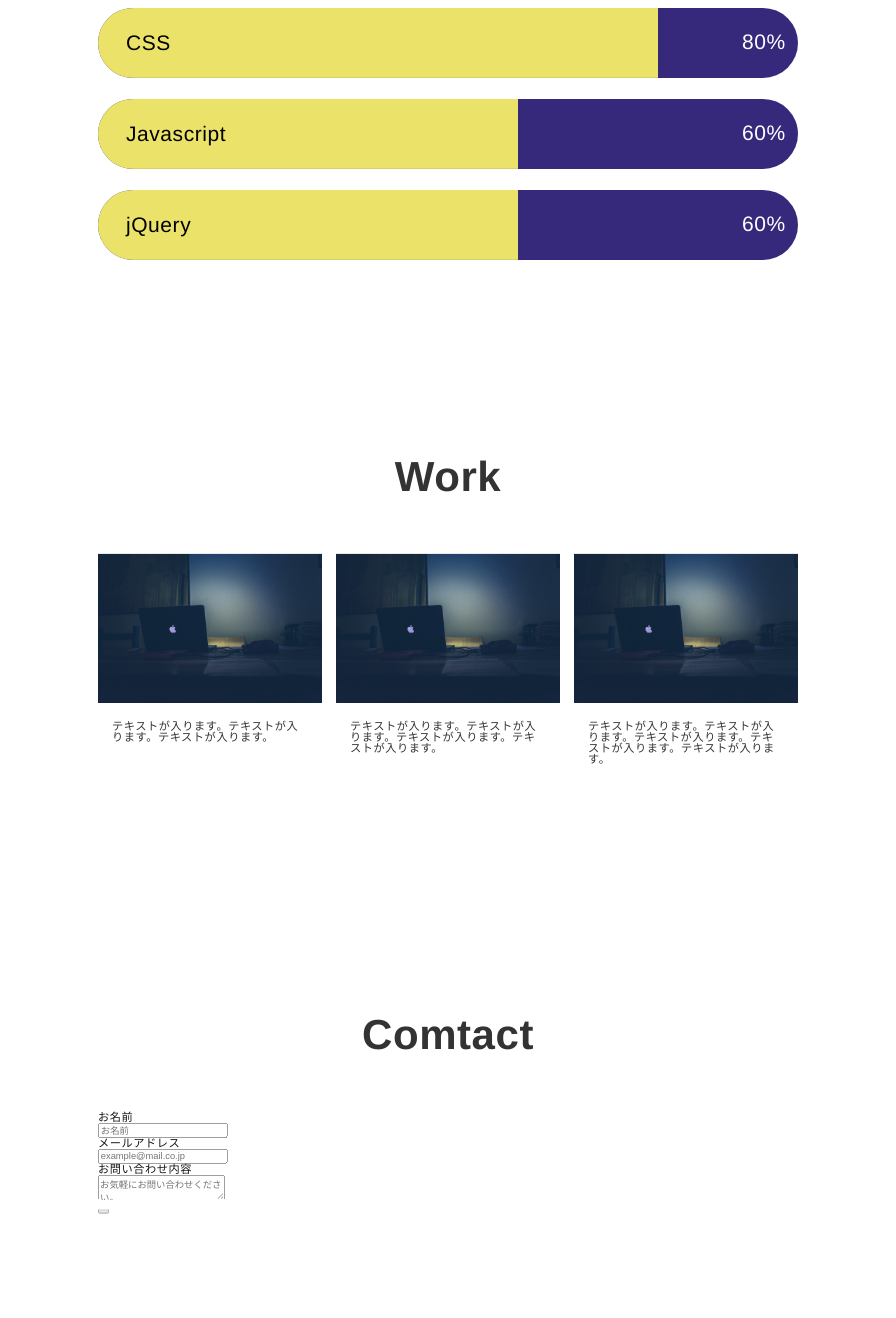
Repository: sadayuki15/portfolio
Page: index.html
The author's editor kept a copy of each file at every save. The page is drawn from the files as they stood at one save, then again after the next save.
The browser window is 1280 px wide. The pictures show the part of the page from y = 1996 to 3916 px (the page is 3879 px tall before and 3916 px after), at 70% of full size.

Above is the page before, as saved 2021-04-22 21:34:27.

After the next save:
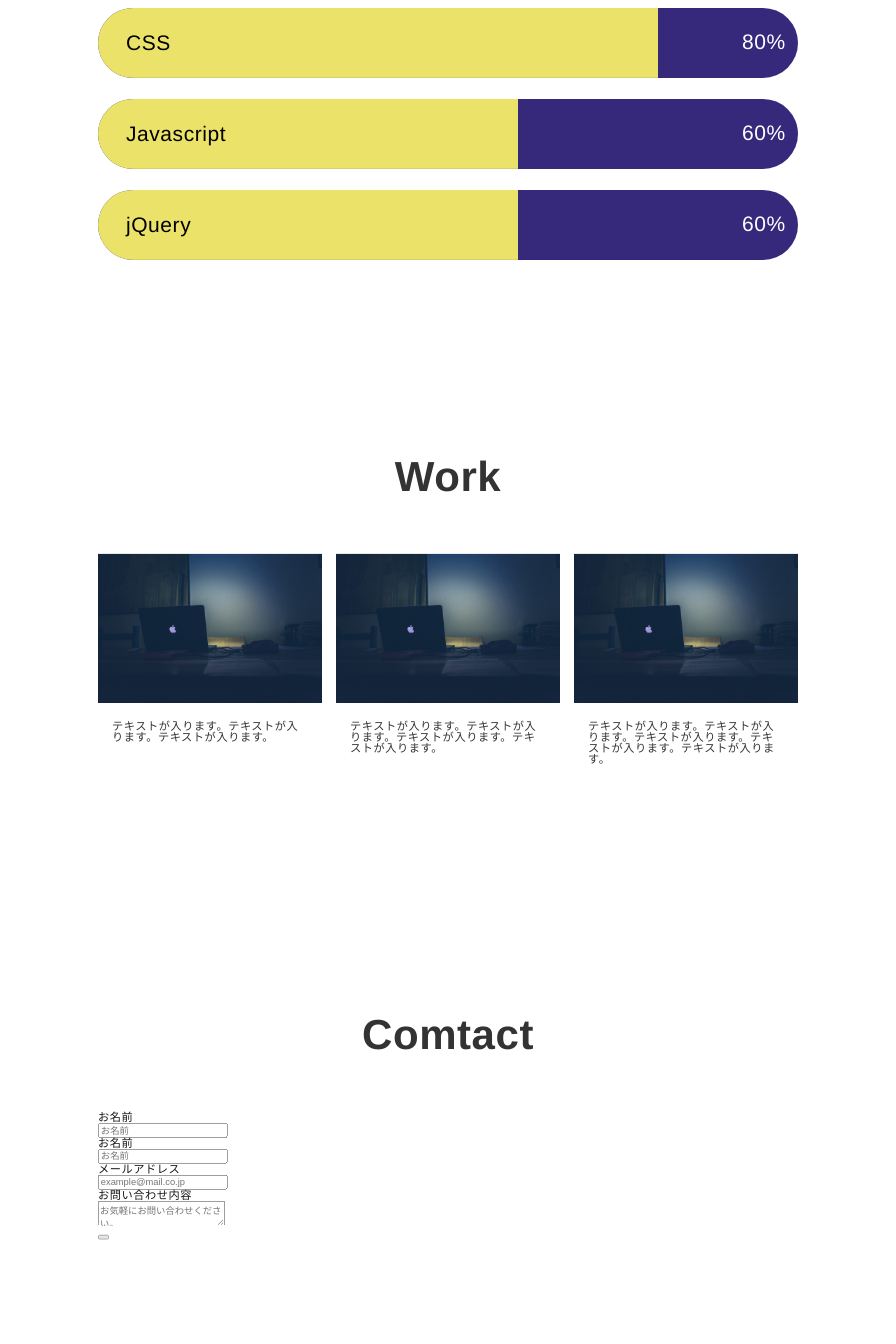
Saved 2 min 52 s later.
--- a/index.html
+++ b/index.html
@@ -162,6 +162,14 @@
         </ul>
         <ul class="contact-list">
           <li class="contact-item">
+            <label for="name">お名前</label>
+          </li>
+          <li class="contact-item">
+            <input id="name" type="text" name="entry.32834570" placeholder="お名前">
+          </li>
+        </ul>
+        <ul class="contact-list">
+          <li class="contact-item">
             <label for="email">メールアドレス</label>
           </li>
           <li class="contact-item">
